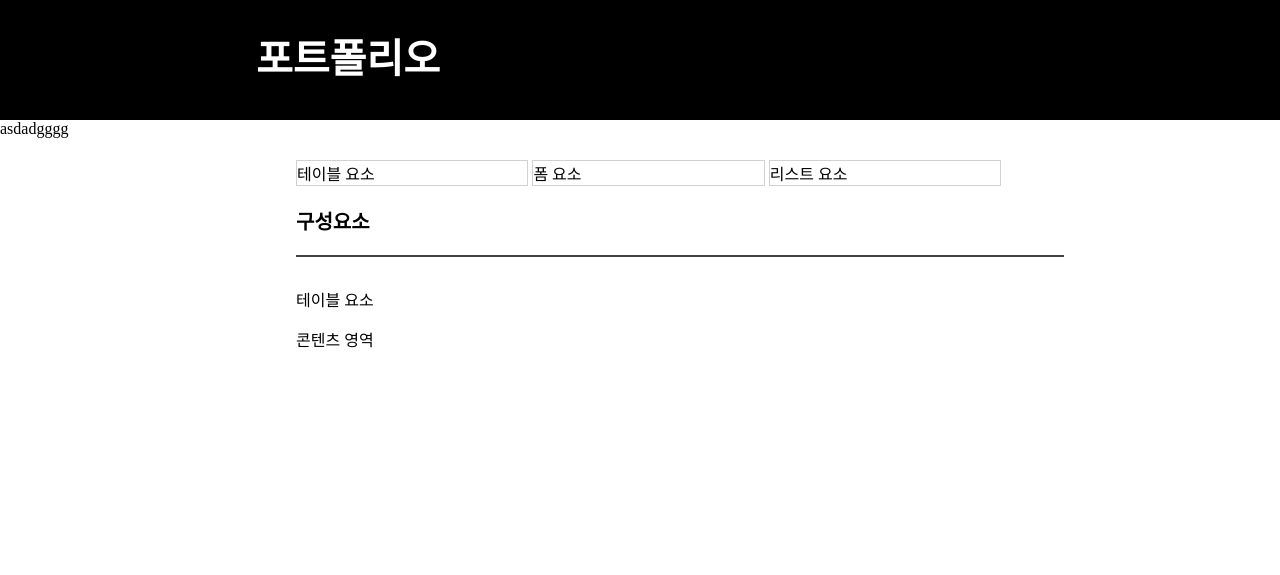
Repository: ItChoi/CSS-Study
Page: Css/WebContent/html/boostcourse/project-A1/portfolio.html
The author's editor kept a copy of each file at every save. The page is drawn from the files as they stood at one save, then again after the next save.
The browser window is 1280 px wide. The pictures show the whole page.

Above is the page before, as saved 2019-06-18 10:27:38.

### Css/WebContent/html/boostcourse/project-A1/portfolio.html
<!DOCTYPE html>
<html>
<head>
	<link href="../../../css/boostcourse/project-A1/portfolio.css" rel="stylesheet" type="text/css">

</head>
<body>
	<div class="wrap">

		<div class="header">

		</div>

		<div class="content">

			<div class="con_header">
				<p class="title">포트폴리오</p>
			</div>

			<div class="con_content">

				<div class="button_list">
					<ul>
						<li class="button_elements">테이블 요소</li>
						<li class="button_elements">폼 요소</li>
						<li class="button_elements">리스트 요소</li>
					</ul>
				</div>

				<div class="element">
					<p class="element_title">구성요소</p>
					<hr/>

					<div class="elements_box">
						<div class="e_table ele">
							<div class="ele_title">
								<p>테이블 요소</p>
							</div>
							<div class="ele_content">
								콘텐츠 영역
							</div>
						</div>

						<div class="e_form ele">

						</div>

						<div class="e_list ele">

						</div>

					</div>

				</div>

			</div>

		</div>

		<div class="footer">
		asdadgggg
		</div>


	</div>

</body>
</html>

### Css/WebContent/css/boostcourse/project-A1/portfolio.css
html, body, .wrap {
	margin: 0px;
	padding: 0px;
}

.header {
	width: 100%;
	height: 120px;
	background: #000;

	position: relative;
}

.content {
	position: absolute;
	top: 0;
	left: 20%;
	right: 20%;
}

.con_header {
	height: 120px;
}

.title {
	margin: 0px;
	color: #fff;
	font-size: 40px;
	font-weight: bold;
	line-height: 120px;
}

.con_content {
	width: 100%;
	padding-left: 40px;
	padding-right: 40px;
}

ul {
	margin: 0px;
	padding: 0px;
	margin-top: 40px;
	list-style: none;
}

.button_elements {
	display: inline-block;
	border:  1px solid #d1d1d1;
	width: 30%;
}

.button_elements:HOVER {
	background-color: #454545;
	font-weight: bold;
}

.element_title {
	font-size: 20px;
	color: #000;
	font-weight: bold;
}

hr {
	border: 1px solid #454545;
}

.elements_box {
	margin-top: 30px;

}

.ele {
	margin-bottom: 30px;
}

After the next save:
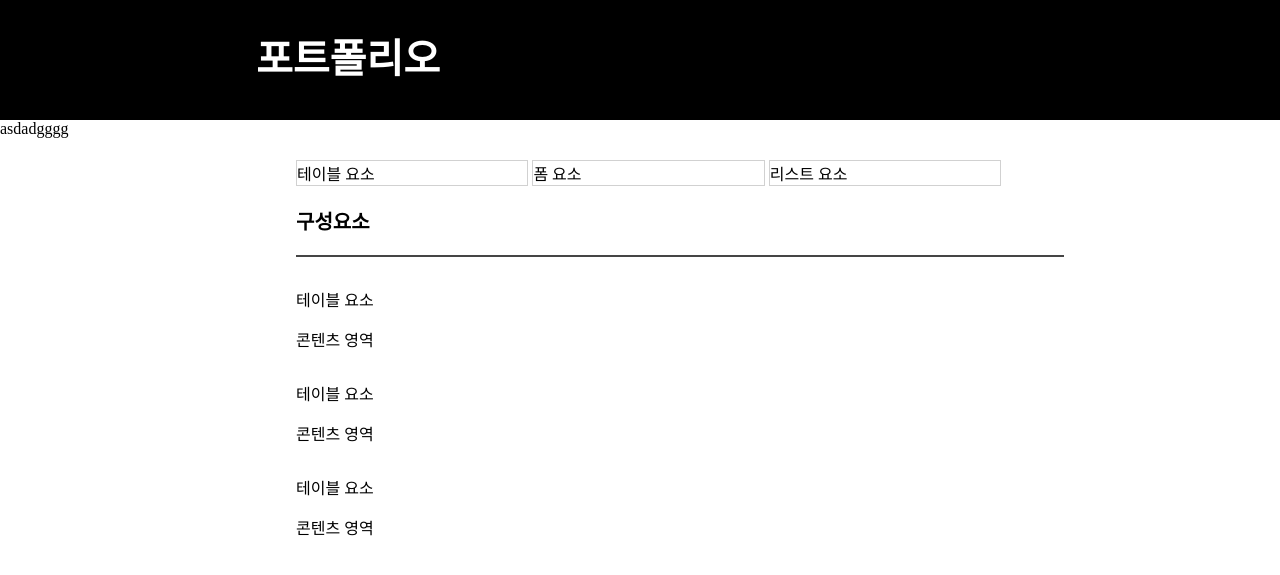
Saved 14 s later.
--- a/Css/WebContent/html/boostcourse/project-A1/portfolio.html
+++ b/Css/WebContent/html/boostcourse/project-A1/portfolio.html
@@ -42,11 +42,21 @@
 						</div>
 
 						<div class="e_form ele">
-
+							<div class="ele_title">
+								<p>테이블 요소</p>
+							</div>
+							<div class="ele_content">
+								콘텐츠 영역
+							</div>
 						</div>
 
 						<div class="e_list ele">
-
+							<div class="ele_title">
+								<p>테이블 요소</p>
+							</div>
+							<div class="ele_content">
+								콘텐츠 영역
+							</div>
 						</div>
 
 					</div>
